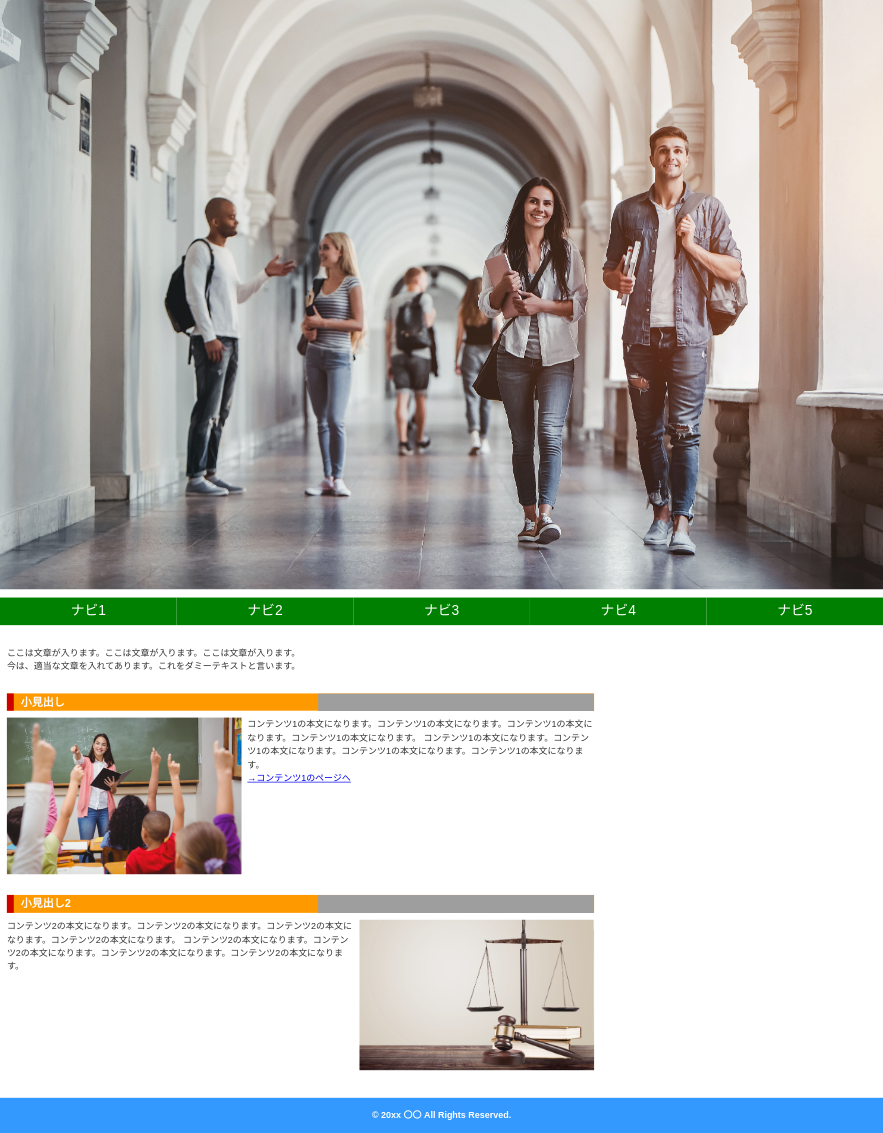
Repository: mizuki520/samurai_HTML-CSS
Page: home.html
The author's editor kept a record of every edit. The page is drawn from the files as they stood at one moment, then again after the next edit.
The browser window is 1280 px wide. The pictures show the whole page, at 69% of full size.
Pictures or frames that could not be fetched are drawn as grey boxes.

Above is the page before.

After the next edit:
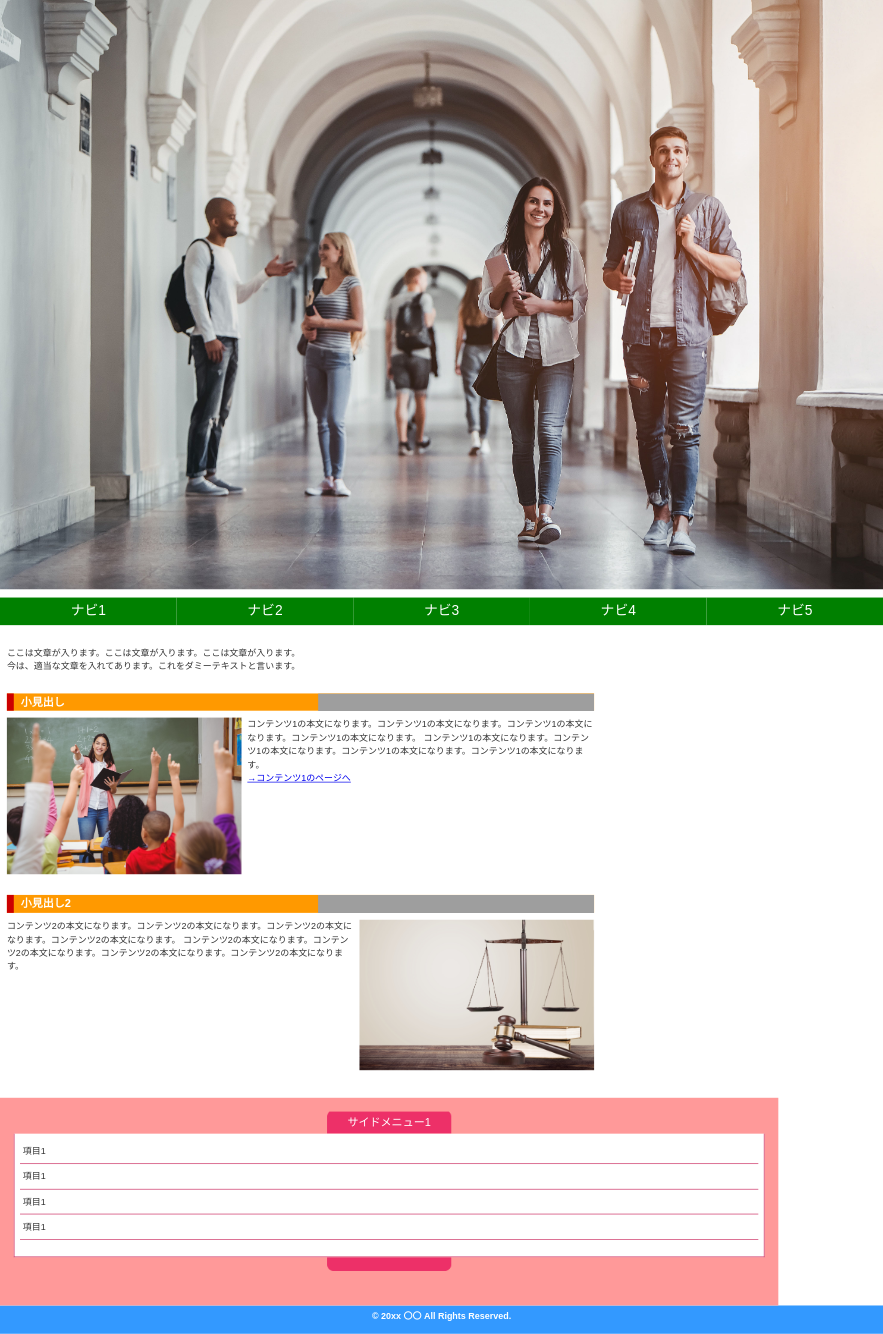
The edit:
--- a/home.html
+++ b/home.html
@@ -42,6 +42,20 @@
                         </p>
                     </div>
             </div>
+            </div>
+            <div id="side">
+                <div class="box">
+                    <h2>サイドメニュー1</h2>
+                    <div class="boxBody">
+                        <ul>
+                            <li>項目1</li>
+                            <li>項目1</li>
+                            <li>項目1</li>
+                            <li>項目1</li>
+                        </ul>
+                    </div>
+                </div>
+            </div>
         </div>
         <div id="footer">
             <p>&copy; 20xx 〇〇 All Rights Reserved.</p>
